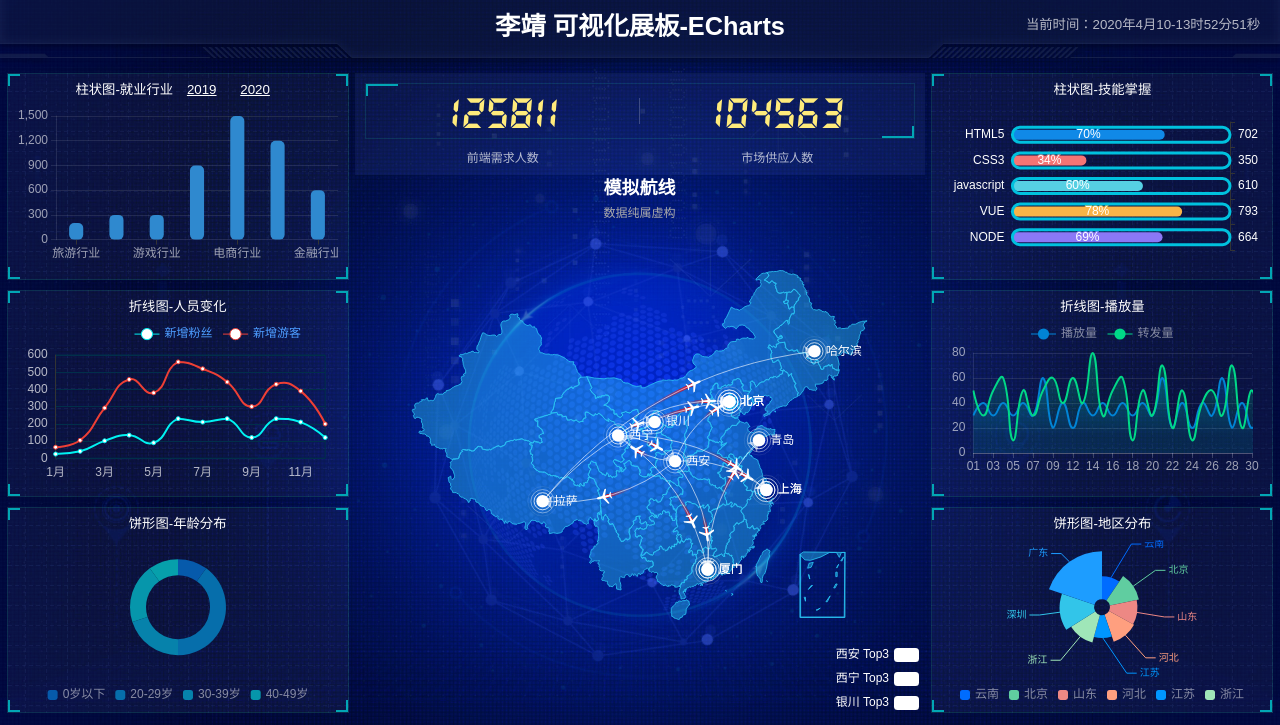
Repository: Jasonlee6789/ECharts
Page: Echarts/index.html
These files come from the project's save history. The page is drawn as it stood at one moment and after the next save; the edit follows.
The browser window is 1280 px wide. The pictures show the whole page.
The style sheet was rebuilt from its Sass, Less or Tailwind sources for each picture, by a compiler version that may differ from the author's.

Above is the page before, as saved 2020-05-22 13:36:12.

### Echarts/index.html
<!DOCTYPE html>
<html lang="en">

<head>
    <meta charset="UTF-8" />
    <meta name="viewport" content="width=device-width, initial-scale=1.0" />
    <title>Document</title>
    <link rel="stylesheet" href="css/index.css" />
</head>

<body>
    <header>
        <h1>李靖 可视化展板-ECharts</h1>
        <div class="showTime">当前时间：2020年3月17-0时54分14秒</div>
        <script>
            var t = null;
            t = setTimeout(time, 1000); //開始运行
            function time() {
                clearTimeout(t); //清除定时器
                dt = new Date();
                var y = dt.getFullYear();
                var mt = dt.getMonth() + 1;
                var day = dt.getDate();
                var h = dt.getHours(); //获取时
                var m = dt.getMinutes(); //获取分
                var s = dt.getSeconds(); //获取秒
                document.querySelector(".showTime").innerHTML =
                    "当前时间：" +
                    y +
                    "年" +
                    mt +
                    "月" +
                    day +
                    "-" +
                    h +
                    "时" +
                    m +
                    "分" +
                    s +
                    "秒";
                t = setTimeout(time, 1000); //设定定时器，循环运行
            }
        </script>
    </header>
    <section class="mainbox">
        <div class="column">
            <div class="panel bar">
                <h2>
                    柱状图-就业行业 <a href="javascript:;">2019</a>
                    <a href="javacript:;"> 2020</a>
                </h2>
                <div class="chart"></div>
                <div class="panel-footer"></div>
            </div>
            <div class="panel line">
                <h2>折线图-人员变化</h2>
                <div class="chart"></div>
                <div class="panel-footer"></div>
            </div>
            <div class="panel pie">
                <h2>饼形图-年龄分布</h2>
                <div class="chart"></div>
                <div class="panel-footer"></div>
            </div>
        </div>
        <div class="column">
            <div class="no">
                <div class="no-hd">
                    <ul>
                        <li>125811</li>
                        <li>104563</li>
                    </ul>
                </div>
                <div class="no-bd">
                    <ul>
                        <li>前端需求人数</li>
                        <li>市场供应人数</li>
                    </ul>
                </div>
            </div>
            <div class="map">
                <div class="chart"></div>
                <div class="map1"></div>
                <div class="map2"></div>
                <div class="map3"></div>
            </div>
        </div>
        <div class="column">
            <div class="panel bar1">
                <h2>柱状图-技能掌握</h2>
                <div class="chart"></div>
                <div class="panel-footer"></div>
            </div>
            <div class="panel line1">
                <h2>折线图-播放量</h2>
                <div class="chart"></div>
                <div class="panel-footer"></div>
            </div>
            <div class="panel pie1">
                <h2>饼形图-地区分布</h2>
                <div class="chart"></div>
                <div class="panel-footer"></div>
            </div>
        </div>
    </section>
    <script src="js/flexible.js"></script>
    <script src="js/jquery.js"></script>
    <script src="js/echarts.min.js"></script>
    <script src="js/index.js"></script>
    <script src="js/china.js"></script>
    <script src="js/myMap.js"></script>
</body>

</html>

### Echarts/js/flexible.js
(function flexible(window, document) {
    var docEl = document.documentElement;
    var dpr = window.devicePixelRatio || 1;

    // adjust body font size
    function setBodyFontSize() {
        if (document.body) {
            document.body.style.fontSize = 12 * dpr + "px";
        } else {
            document.addEventListener("DOMContentLoaded", setBodyFontSize);
        }
    }
    setBodyFontSize();

    // set 1rem = viewWidth / 10 （默认屏幕划分10等份 1920/24=80）
    function setRemUnit() {
        var rem = docEl.clientWidth / 24;
        docEl.style.fontSize = rem + "px";
    }

    setRemUnit();

    // reset rem unit on page resize
    window.addEventListener("resize", setRemUnit);
    window.addEventListener("pageshow", function (e) {
        if (e.persisted) {
            setRemUnit();
        }
    });

    // detect 0.5px supports
    if (dpr >= 2) {
        var fakeBody = document.createElement("body");
        var testElement = document.createElement("div");
        testElement.style.border = ".5px solid transparent";
        fakeBody.appendChild(testElement);
        docEl.appendChild(fakeBody);
        if (testElement.offsetHeight === 1) {
            docEl.classList.add("hairlines");
        }
        docEl.removeChild(fakeBody);
    }
})(window, document);

### Echarts/js/myMap.js
(function () {
    // 1. 实例化对象
    var myChart = echarts.init(document.querySelector(".map .chart"));
    // 2. 指定配置和数据
    // 2. 指定配置和数据
    var geoCoordMap = {
        上海: [121.4648, 31.2891],
        东莞: [113.8953, 22.901],
        东营: [118.7073, 37.5513],
        中山: [113.4229, 22.478],
        临汾: [111.4783, 36.1615],
        临沂: [118.3118, 35.2936],
        丹东: [124.541, 40.4242],
        丽水: [119.5642, 28.1854],
        乌鲁木齐: [87.9236, 43.5883],
        佛山: [112.8955, 23.1097],
        保定: [115.0488, 39.0948],
        兰州: [103.5901, 36.3043],
        包头: [110.3467, 41.4899],
        北京: [116.4551, 40.2539],
        北海: [109.314, 21.6211],
        南京: [118.8062, 31.9208],
        南宁: [108.479, 23.1152],
        南昌: [116.0046, 28.6633],
        南通: [121.1023, 32.1625],
        厦门: [118.1689, 24.6478],
        台州: [121.1353, 28.6688],
        合肥: [117.29, 32.0581],
        呼和浩特: [111.4124, 40.4901],
        咸阳: [108.4131, 34.8706],
        哈尔滨: [127.9688, 45.368],
        唐山: [118.4766, 39.6826],
        嘉兴: [120.9155, 30.6354],
        大同: [113.7854, 39.8035],
        大连: [122.2229, 39.4409],
        天津: [117.4219, 39.4189],
        太原: [112.3352, 37.9413],
        威海: [121.9482, 37.1393],
        宁波: [121.5967, 29.6466],
        宝鸡: [107.1826, 34.3433],
        宿迁: [118.5535, 33.7775],
        常州: [119.4543, 31.5582],
        厦门: [113.5107, 23.2196],
        廊坊: [116.521, 39.0509],
        延安: [109.1052, 36.4252],
        张家口: [115.1477, 40.8527],
        徐州: [117.5208, 34.3268],
        德州: [116.6858, 37.2107],
        惠州: [114.6204, 23.1647],
        成都: [103.9526, 30.7617],
        扬州: [119.4653, 32.8162],
        承德: [117.5757, 41.4075],
        拉萨: [91.1865, 30.1465],
        无锡: [120.3442, 31.5527],
        日照: [119.2786, 35.5023],
        昆明: [102.9199, 25.4663],
        杭州: [119.5313, 29.8773],
        枣庄: [117.323, 34.8926],
        柳州: [109.3799, 24.9774],
        株洲: [113.5327, 27.0319],
        武汉: [114.3896, 30.6628],
        汕头: [117.1692, 23.3405],
        江门: [112.6318, 22.1484],
        沈阳: [123.1238, 42.1216],
        沧州: [116.8286, 38.2104],
        河源: [114.917, 23.9722],
        泉州: [118.3228, 25.1147],
        泰安: [117.0264, 36.0516],
        泰州: [120.0586, 32.5525],
        济南: [117.1582, 36.8701],
        济宁: [116.8286, 35.3375],
        海口: [110.3893, 19.8516],
        淄博: [118.0371, 36.6064],
        淮安: [118.927, 33.4039],
        深圳: [114.5435, 22.5439],
        清远: [112.9175, 24.3292],
        温州: [120.498, 27.8119],
        渭南: [109.7864, 35.0299],
        湖州: [119.8608, 30.7782],
        湘潭: [112.5439, 27.7075],
        滨州: [117.8174, 37.4963],
        潍坊: [119.0918, 36.524],
        烟台: [120.7397, 37.5128],
        玉溪: [101.9312, 23.8898],
        珠海: [113.7305, 22.1155],
        盐城: [120.2234, 33.5577],
        盘锦: [121.9482, 41.0449],
        石家庄: [114.4995, 38.1006],
        福州: [119.4543, 25.9222],
        秦皇岛: [119.2126, 40.0232],
        绍兴: [120.564, 29.7565],
        聊城: [115.9167, 36.4032],
        肇庆: [112.1265, 23.5822],
        舟山: [122.2559, 30.2234],
        苏州: [120.6519, 31.3989],
        莱芜: [117.6526, 36.2714],
        菏泽: [115.6201, 35.2057],
        营口: [122.4316, 40.4297],
        葫芦岛: [120.1575, 40.578],
        衡水: [115.8838, 37.7161],
        衢州: [118.6853, 28.8666],
        西宁: [101.4038, 36.8207],
        西安: [109.1162, 34.2004],
        贵阳: [106.6992, 26.7682],
        连云港: [119.1248, 34.552],
        邢台: [114.8071, 37.2821],
        邯郸: [114.4775, 36.535],
        郑州: [113.4668, 34.6234],
        鄂尔多斯: [108.9734, 39.2487],
        重庆: [107.7539, 30.1904],
        金华: [120.0037, 29.1028],
        铜川: [109.0393, 35.1947],
        银川: [106.3586, 38.1775],
        镇江: [119.4763, 31.9702],
        长春: [125.8154, 44.2584],
        长沙: [113.0823, 28.2568],
        长治: [112.8625, 36.4746],
        阳泉: [113.4778, 38.0951],
        青岛: [120.4651, 36.3373],
        韶关: [113.7964, 24.7028]
    };

    var XAData = [
        [{
            name: "西安"
        }, {
            name: "北京",
            value: 100
        }],
        [{
            name: "西安"
        }, {
            name: "上海",
            value: 100
        }],
        [{
            name: "西安"
        }, {
            name: "厦门",
            value: 100
        }],
        [{
            name: "西安"
        }, {
            name: "西宁",
            value: 100
        }],
        [{
            name: "西安"
        }, {
            name: "拉萨",
            value: 100
        }]
    ];

    var XNData = [
        [{
            name: "西宁"
        }, {
            name: "北京",
            value: 100
        }],
        [{
            name: "西宁"
        }, {
            name: "上海",
            value: 100
        }],
        [{
            name: "西宁"
        }, {
            name: "厦门",
            value: 100
        }],
        [{
            name: "西宁"
        }, {
            name: "西安",
            value: 100
        }],
        [{
            name: "西宁"
        }, {
            name: "银川",
            value: 100
        }]
    ];

    var YCData = [
        [{
            name: "拉萨"
        }, {
            name: "北京",
            value: 100
        }],
        [{
            name: "厦门"
        }, {
            name: "青岛",
            value: 100
        }],
        [{
            name: "拉萨"
        }, {
            name: "哈尔滨",
            value: 100
        }]
    ];

    var planePath =
        "path://M1705.06,1318.313v-89.254l-319.9-221.799l0.073-208.063c0.521-84.662-26.629-121.796-63.961-121.491c-37.332-0.305-64.482,36.829-63.961,121.491l0.073,208.063l-319.9,221.799v89.254l330.343-157.288l12.238,241.308l-134.449,92.931l0.531,42.034l175.125-42.917l175.125,42.917l0.531-42.034l-134.449-92.931l12.238-241.308L1705.06,1318.313z";
    //var planePath = 'arrow';
    var convertData = function (data) {
        var res = [];
        for (var i = 0; i < data.length; i++) {
            var dataItem = data[i];

            var fromCoord = geoCoordMap[dataItem[0].name];
            var toCoord = geoCoordMap[dataItem[1].name];
            if (fromCoord && toCoord) {
                res.push({
                    fromName: dataItem[0].name,
                    toName: dataItem[1].name,
                    coords: [fromCoord, toCoord],
                    value: dataItem[1].value
                });
            }
        }
        return res;
    };

    var color = ["#fff", "#fff", "#fff"]; //航线的颜色
    var series = [];
    [
        ["西安", XAData],
        ["西宁", XNData],
        ["银川", YCData]
    ].forEach(function (item, i) {
        series.push({
            name: item[0] + " Top3",
            type: "lines",
            zlevel: 1,
            effect: {
                show: true,
                period: 6,
                trailLength: 0.7,
                color: "red", //arrow箭头的颜色
                symbolSize: 3
            },
            lineStyle: {
                normal: {
                    color: color[i],
                    width: 0,
                    curveness: 0.2
                }
            },
            data: convertData(item[1])
        }, {
            name: item[0] + " Top3",
            type: "lines",
            zlevel: 2,
            symbol: ["none", "arrow"],
            symbolSize: 10,
            effect: {
                show: true,
                period: 6,
                trailLength: 0,
                symbol: planePath,
                symbolSize: 15
            },
            lineStyle: {
                normal: {
                    color: color[i],
                    width: 1,
                    opacity: 0.6,
                    curveness: 0.2
                }
            },
            data: convertData(item[1])
        }, {
            name: item[0] + " Top3",
            type: "effectScatter",
            coordinateSystem: "geo",
            zlevel: 2,
            rippleEffect: {
                brushType: "stroke"
            },
            label: {
                normal: {
                    show: true,
                    position: "right",
                    formatter: "{b}"
                }
            },
            symbolSize: function (val) {
                return val[2] / 8;
            },
            itemStyle: {
                normal: {
                    color: color[i]
                },
                emphasis: {
                    areaColor: "#2B91B7"
                }
            },
            data: item[1].map(function (dataItem) {
                return {
                    name: dataItem[1].name,
                    value: geoCoordMap[dataItem[1].name].concat([dataItem[1].value])
                };
            })
        });
    });
    var option = {
        tooltip: {
            trigger: "item",
            formatter: function (params, ticket, callback) {
                if (params.seriesType == "effectScatter") {
                    return "线路：" + params.data.name + "" + params.data.value[2];
                } else if (params.seriesType == "lines") {
                    return (
                        params.data.fromName +
                        ">" +
                        params.data.toName +
                        "<br />" +
                        params.data.value
                    );
                } else {
                    return params.name;
                }
            }
        },

        geo: {
            map: "china",
            label: {
                emphasis: {
                    show: true,
                    color: "#fff"
                }
            },
            roam: false,
            //   放大我们的地图
            zoom: 1,
            itemStyle: {
                normal: {
                    areaColor: "rgba(43, 196, 243, 0.42)",
                    borderColor: "rgba(43, 196, 243, 1)",
                    borderWidth: 1
                },
                emphasis: {
                    areaColor: "#2B91B7"
                }
            }
        },
        series: series
    };
    myChart.setOption(option);
    window.addEventListener("resize", function () {
        myChart.resize();
    });
})();

### Echarts/css/index.less
* {
    margin: 0;
    padding: 0;
    box-sizing: border-box;
}

li {
    list-style: none;
}

@font-face {
    font-family: electronicFont;
    src: url(../font/DS-DIGIT.TTF);
}

body {
    font-family: Arial, Helvetica, sans-serif;
    margin: 0;
    padding: 0;
    /*  背景图定位 / 背景图尺寸  cover 完全铺满容器  contain 完整显示在容器内 */
    background: url(../images/bg.jpg) no-repeat #000;
    background-size: cover;
    /* 行高是字体1.15倍 */
    line-height: 1.15;
}

header {
    position: relative;
    height: 1.25rem;
    background: url(../images/head_bg.png) no-repeat top center;
    background-size: 100% 100%;

    h1 {
        font-size: 0.475rem;
        color: #fff;
        text-align: center;
        line-height: 1rem;
    }

    .showTime {
        position: absolute;
        top: 0;
        right: 0.375rem;
        line-height: 0.9375rem;
        font-size: 0.25rem;
        color: rgba(255, 255, 255, 0.7);
    }
}

.mainbox {
    min-width: 1024px;
    max-width: 1920px;
    padding: 0.125rem 0.125rem 0;
    display: flex;

    .column {
        flex: 3;

        &:nth-child(2) {
            flex: 5;
            margin: 0 0.125rem 0.1875rem;
            overflow: hidden;
        }
    }
}

.panel {
    position: relative;
    height: 3.875rem;
    border: 1px solid rgba(25, 186, 139, 0.17);
    background: rgba(255, 255, 255, 0.04) url(../images/line\(1\).png);
    padding: 0 0.1875rem 0.5rem;
    margin-bottom: 0.1875rem;

    &::before {
        position: absolute;
        top: 0;
        left: 0;
        content: "";
        width: 10px;
        height: 10px;
        border-top: 2px solid #02a6b5;
        border-left: 2px solid #02a6b5;
    }

    &::after {
        position: absolute;
        top: 0;
        right: 0;
        content: "";
        width: 10px;
        height: 10px;
        border-top: 2px solid #02a6b5;
        border-right: 2px solid #02a6b5;
    }

    .panel-footer {
        position: absolute;
        left: 0;
        bottom: 0;
        width: 100%;

        &::before {
            position: absolute;
            bottom: 0;
            left: 0;
            content: "";
            width: 10px;
            height: 10px;
            border-bottom: 2px solid #02a6b5;
            border-left: 2px solid #02a6b5;
        }

        &::after {
            position: absolute;
            bottom: 0;
            right: 0;
            content: "";
            width: 10px;
            height: 10px;
            border-bottom: 2px solid #02a6b5;
            border-right: 2px solid #02a6b5;
        }
    }

    h2 {
        height: 0.6rem;
        line-height: 0.6rem;
        text-align: center;
        color: #fff;
        font-size: 0.25rem;
        font-weight: 400;

        a {
            margin: 0 0.1875rem;
            color: #fff;
            text-decoration: underline;
        }
    }

    .chart {
        height: 3rem;
    }
}

.no {
    background: rgba(101, 132, 226, 0.1);
    padding: 0.1875rem;

    .no-hd {
        position: relative;
        border: 1px solid rgba(25, 186, 139, 0.17);

        &::before {
            content: "";
            position: absolute;
            width: 30px;
            height: 10px;
            border-top: 2px solid #02a6b5;
            border-left: 2px solid #02a6b5;
            top: 0;
            left: 0;
        }

        &::after {
            content: "";
            position: absolute;
            width: 30px;
            height: 10px;
            border-bottom: 2px solid #02a6b5;
            border-right: 2px solid #02a6b5;
            right: 0;
            bottom: 0;
        }

        ul {
            display: flex;

            li {
                position: relative;
                flex: 1;
                text-align: center;
                height: 1rem;
                line-height: 1rem;
                font-size: 0.875rem;
                color: #ffeb7b;
                padding: 0.05rem 0;
                font-family: electronicFont;
                font-weight: bold;

                &:first-child::after {
                    content: "";
                    position: absolute;
                    height: 50%;
                    width: 1px;
                    background: rgba(255, 255, 255, 0.2);
                    right: 0;
                    top: 25%;
                }
            }
        }
    }

    .no-bd ul {
        display: flex;

        li {
            flex: 1;
            height: 0.5rem;
            line-height: 0.5rem;
            text-align: center;
            font-size: 0.225rem;
            color: rgba(255, 255, 255, 0.7);
            padding-top: 0.125rem;
        }
    }
}

.map {
    position: relative;
    height: 10.125rem;

    .chart {
        position: absolute;
        top: 0;
        left: 0;
        z-index: 5;
        height: 10.125rem;
        width: 100%;
    }

    .map1,
    .map2,
    .map3 {
        position: absolute;
        top: 50%;
        left: 50%;
        transform: translate(-50%, -50%);
        width: 6.475rem;
        height: 6.475rem;
        background: url(../images/map.png) no-repeat;
        background-size: 100% 100%;
        opacity: 0.3;
    }

    .map2 {
        width: 8.0375rem;
        height: 8.0375rem;
        background-image: url(../images/lbx.png);
        opacity: 0.6;
        animation: rotate 15s linear infinite;
        z-index: 2;
    }

    .map3 {
        width: 7.075rem;
        height: 7.075rem;
        background-image: url(../images/jt.png);
        animation: rotate1 10s linear infinite;
    }

    @keyframes rotate {
        from {
            transform: translate(-50%, -50%) rotate(0deg);
        }

        to {
            transform: translate(-50%, -50%) rotate(360deg);
        }
    }

    @keyframes rotate1 {
        from {
            transform: translate(-50%, -50%) rotate(0deg);
        }

        to {
            transform: translate(-50%, -50%) rotate(-360deg);
        }
    }
}

@media screen and (max-width: 1024px) {
    html {
        font-size: 42px !important;
    }
}

@media screen and (min-width: 1920) {
    html {
        font-size: 80px !important;
    }
}

Loaded but not shown: Echarts/js/jquery.js (library); Echarts/反余切/js/echarts.min.js (library); Echarts/js/china.js (library); Echarts/js/index.js (1166 lines, source omitted)

After the next save:
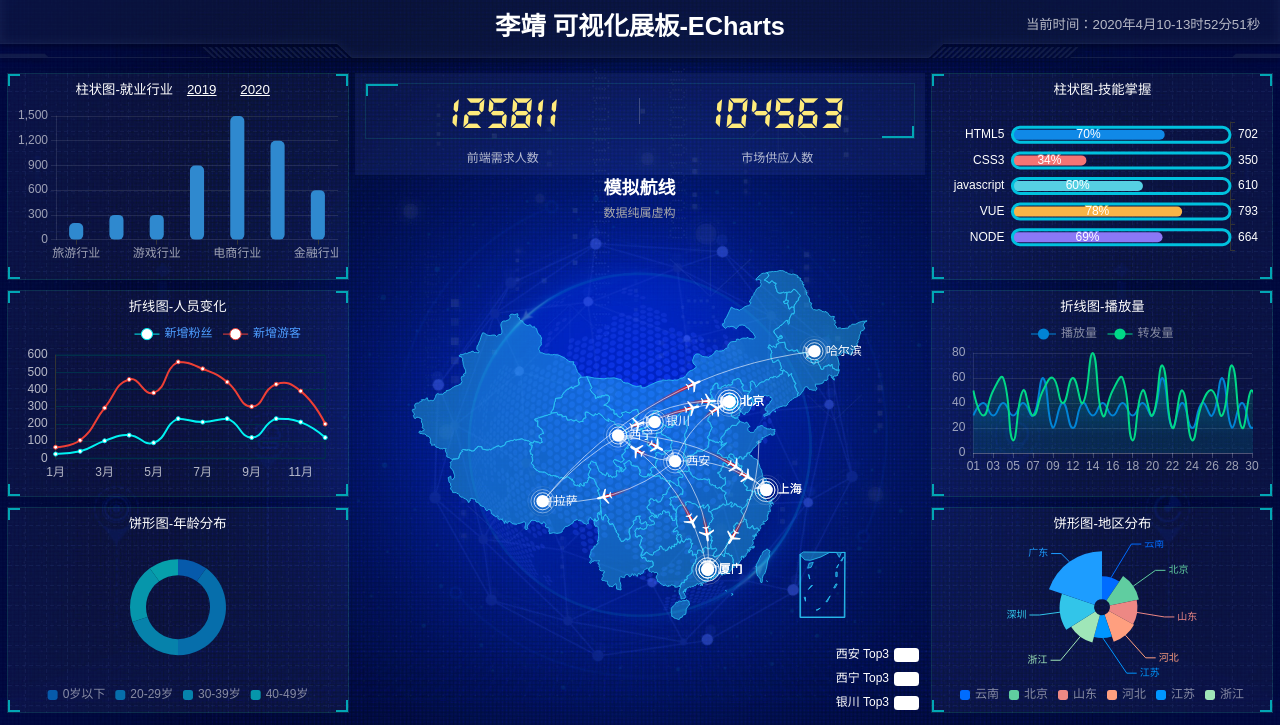
Saved 17 s later.
--- a/Echarts/js/myMap.js
+++ b/Echarts/js/myMap.js
@@ -194,9 +194,9 @@
             value: 100
         }],
         [{
-            name: "厦门"
-        }, {
-            name: "青岛",
+            name: "青岛"
+        }, {
+            name: "厦门",
             value: 100
         }],
         [{
